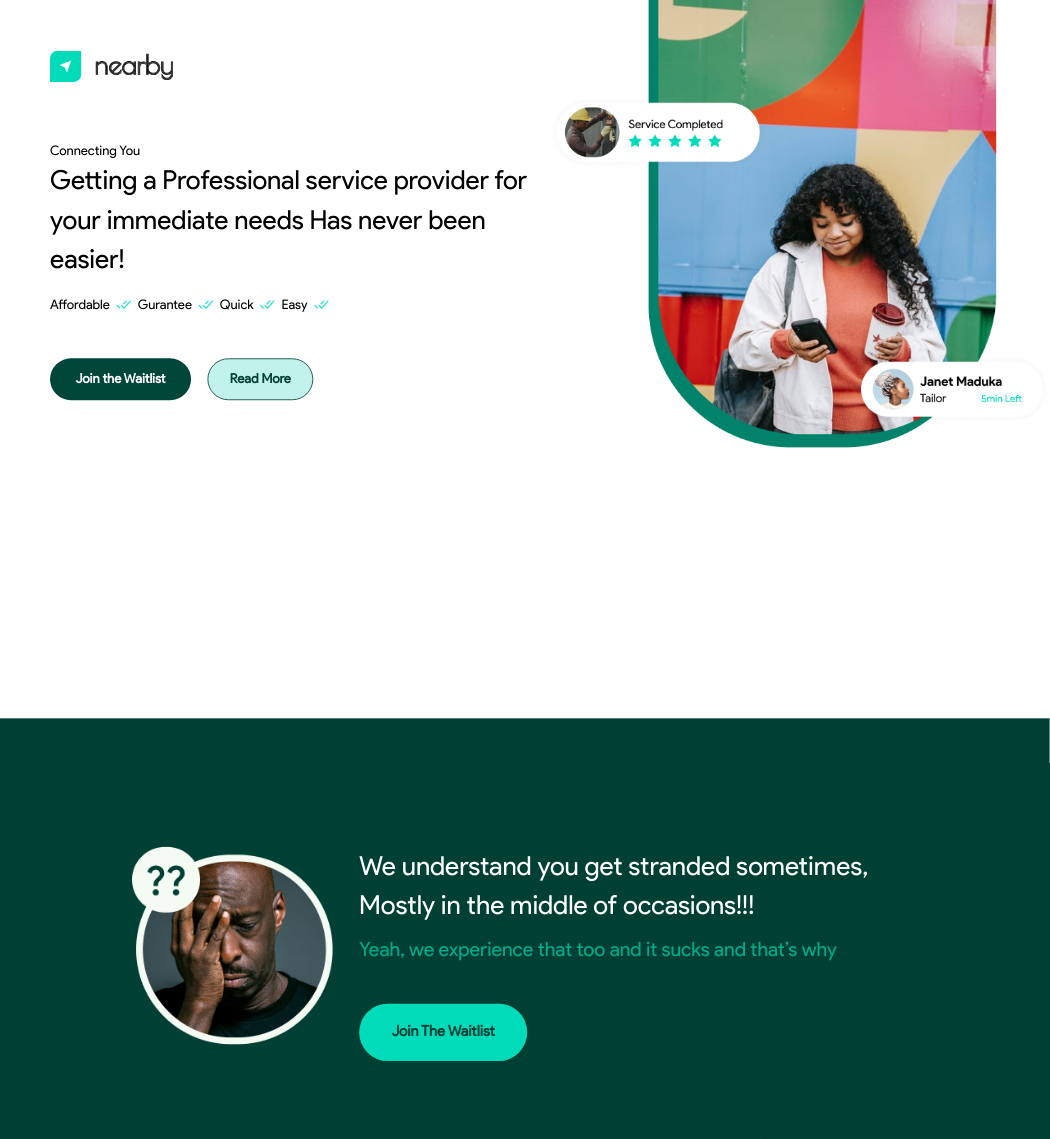
Repository: Eugene44-hub/Mearby
Page: /
An editor plug-in stored every save of this project. The page is shown before and after the next save, followed by the edit.
The browser window is 1280 px wide. The pictures show the whole page, at 82% of full size.
The project was rebuilt for these pictures with package versions that can differ from the ones it lists, and the page was loaded fresh each time.

Above is the page before, as saved 2022-04-30 07:31:38.

### src/App.tsx
import React from 'react';
import Hero from './components/hero/Hero';
import Nav from './components/nav/Nav';
import LandingPage from './pages/landing/LandingPage';

function App() {
  return (
   <>
<Nav/>
<LandingPage/>
</>

);
}

export default App;

### src/components/nav/Nav.tsx
import React from 'react';
import send from '../../assets/images/send.svg';
import nearby from '../../assets/images/nearby logo.svg';
import styles from "./Nav.module.css"
const Nav = () => {
	return (
		<nav className={`md:h-auto h-[96.57px] ${styles.nav} flex`}>
			<header className="m-auto block md:hidden">
				<div className="flex justify-center">
					<img
						src={send}
						className="bg-[#00DCBA] mr-[16.79px] p-3 rounded-tl-[8.91471px] rounded-br-[8.91471px]"
						alt="send"
					/>
					<img src={nearby} alt="send" />
				</div>
			</header>
		</nav>
	);
};

export default Nav;

### src/pages/landing/LandingPage.tsx
import React from 'react'
import Hero from '../../components/hero/Hero';
import Understand from '../../components/understand/Understand';
const LandingPage = () => {
  return (
    <>

    <Hero/>
    <Understand/>
    </>
  )
}

export default LandingPage

### src/components/nav/Nav.module.css
@media screen and (max-width:768px) {
    .nav{
/* display: none; */
/* bg-[#014034] */
background-color:#014034;
}
}

### src/components/hero/Hero.tsx
import React from 'react';
import styles from './Hero.module.css';
import checked from '../../assets/images/checked.png';
import heroImg from '../../assets/images/heroImg.png';
import send from '../../assets/images/send.svg';
import nearby from '../../assets/images/nearbyDark.svg';

const Hero = () => {
	const minorText: string[] = [ 'affordable', 'gurantee', 'quick', 'easy' ];
	return (
		<section className="container md:pl-[61px]">
			<div className={`${styles.container} md:flex justify-between`}>
				<div className={`${styles.heroContainer} mb-[3rem] flex flex-wrap md:w-[50%]`}>
					<div className="md:flex w-[20%] hidden mt-[62px] items-center">
						<img
							src={send}
							className="bg-[#00DCBA] w-[100%] mr-[16.79px] p-3 rounded-tl-[8.91471px] rounded-br-[8.91471px]"
							alt="send"
						/>
						<img src={nearby} alt="send" />
					</div>

					<div className="m-auto">
						<h2 className={` ${styles.connectHead} flex items-end md:h-[95.5px]`}>Connecting You</h2>
						<p className={`text-[2rem] ${styles.connectText}`}>
							Getting a Professional service provider for your immediate needs Has never been easier!
						</p>
					</div>

					<ul className={`${styles.connectList} mt-5 flex justify-between `}>
						{minorText.map((item, index) => (
							<li key={index} className="flex items-center capitalize mr-2">
								{item} <img src={checked} className="w-[18px] ml-2" alt="checked" />
							</li>
						))}
					</ul>

					<div className="w-[100%] md:pt-[53px] md:px-0 p-5">
						<button className="bg-[#004639] font-bold w-[172px] h-[51px] text-white mr-5 rounded-[50px]">
							Join the Waitlist
						</button>
						<button className="bg-[#C1F2EB] font-bold w-[129px] h-[51px] rounded-[50px] text-[#004034] border border-[#004034] capitalize">
							read more
						</button>
					</div>
				</div>
				<div className="md:w-[50%]">
					<img src={heroImg} className={styles.heroImg} alt="" />
				</div>
			</div>
		</section>
	);
};

export default Hero;
// wKcVoY0oBaK0dDUj5
// yX2Q8nskPsN4AjVkAPMBM

### src/components/understand/Understand.tsx
import React from 'react'
import understand from "../../assets/images/understand.png"
import WaitLight from "../../components/Buttons/WaitLight"
const Understand = () => {
  return (
    <div className='container bg-[#004034]'>
 <div className='md:px-0 px-5 pt-[9.75rem]  md:pl-[61px] md:pr-[27px] md:flex justify-center  relative mt-[20rem]'>

<img src={understand} className=" absolute block md:hidden translate-x-[-50%] left-[50%] top-[-20%]" alt="understand" />
<div className='md:block hidden mr-[2rem]'>
<img src={understand} className=" w-[100%]"alt="understand" />

</div>

<div className='md:w-[60%] md:mx-0 mx-auto '>
<div>
<p className='text-[2rem] text-white'>
We understand you get stranded sometimes, Mostly in the middle of occasions!!!
</p>
<p className='mt-3 text-[1.5rem] text-[#01AB8B] '>
Yeah, we experience that too and it sucks and that’s why  </p>
</div>

<div className='pt-[3rem] pb-[5.938rem]'>
<WaitLight/>
</div>

</div>



  </div>
    </div>

  )
}

export default Understand

### src/components/hero/Hero.module.css
.container{
height: 812px;
background-image: url(../../assets/images/mobileHero.png);
background-repeat: no-repeat;
background-position: center;
background-size: 133% 100%;
}


.heroImg{
    display: none;
    width: 100%;
}
.heroContainer{
    /* background-color: black; */
    color: white;

}
.connectHead,.connectText,.connectList{
    padding: 20px;

}
@media screen and (min-width:600px) {
    .container{
    background-image:none;
    height: auto;
}
.connectHead{
    background-color: none;
}
.heroImg{
    display: block;
}
.connectHead{
    background-color: none;
}
.heroContainer{
    /* background-color: black; */
    color: black ;
}

}

@media screen and (min-width:768px) {
    .connectHead,.connectText,.connectList{
        padding: 0px;
    }

}


@media screen and (max-width:600px){
.connectHead{
    background-color: #004034;
}

}
/* .minorTxt{
} */
/* linear-gradient(rgba(0, 64, 52, 1), rgba(0, 57, 64, 0)) */
/* linear-gradient(rgba(0, 64, 52, 1),rgba(0, 64, 52, 1)) */

### src/components/Buttons/WaitLight.tsx
import React from 'react'
import styles from "./Button.module.css"

const Wait = () => {
  return (
    <button className={`${styles.light} capitalize`}>Join the waitlist</button>

  )
}

export default Wait

### src/components/Buttons/Button.module.css
    .light {
        background-color: #00DCBA;
        color: #004034;
        width: 205px;
        font-size: 1.125rem;
    }

    .dark {
        background-color: #004639;
        color: #004034;
        font-size: "1rem";
        width: 192px;
    }

    .light,
    .dark {
        height: 70px;
        border-radius: 50px;
        font-weight: bold;
    }

Loaded but not shown: public/index.html (common file); src/index.tsx (common file); src/index.css (common file); tailwind.config.js (common file)

After the next save:
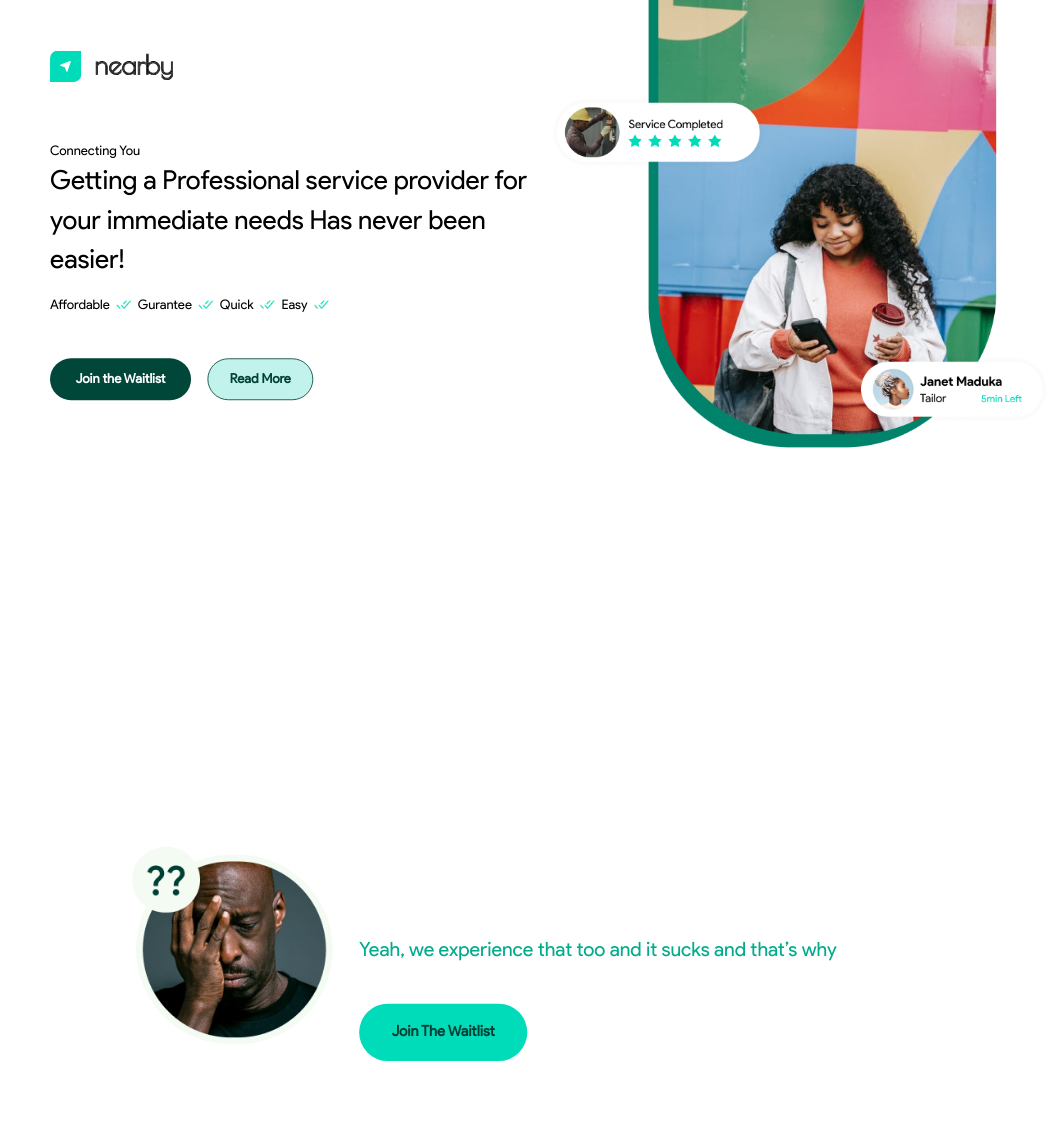
Saved 46 s later.
--- a/src/components/understand/Understand.tsx
+++ b/src/components/understand/Understand.tsx
@@ -3,7 +3,7 @@
 import WaitLight from "../../components/Buttons/WaitLight"
 const Understand = () => {
   return (
-    <div className='container bg-[#004034]'>
+    <div className='container '>
  <div className='md:px-0 px-5 pt-[9.75rem]  md:pl-[61px] md:pr-[27px] md:flex justify-center  relative mt-[20rem]'>
 
 <img src={understand} className=" absolute block md:hidden translate-x-[-50%] left-[50%] top-[-20%]" alt="understand" />

After the save that followed:
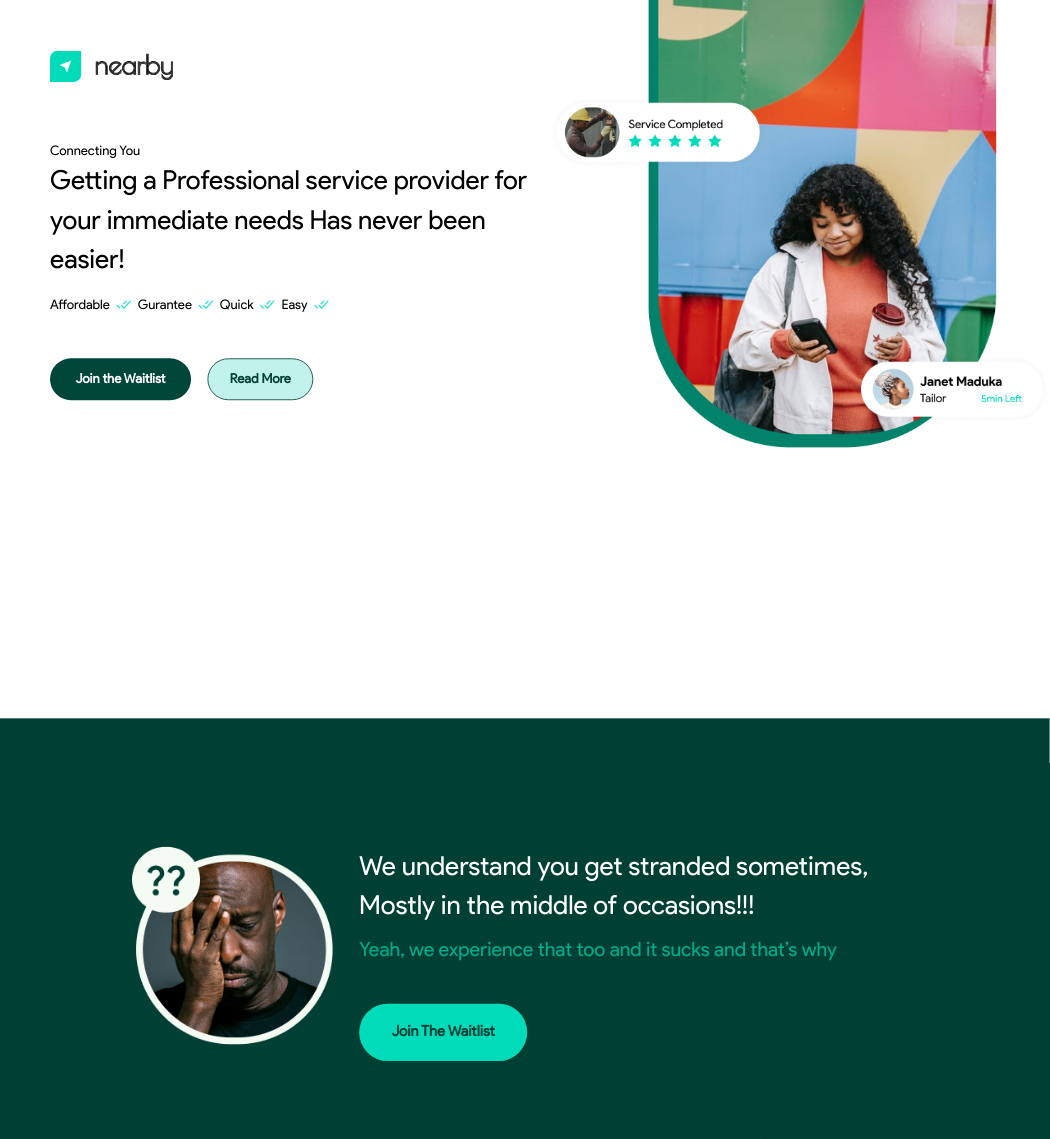
Saved 7 s later.
--- a/src/components/understand/Understand.tsx
+++ b/src/components/understand/Understand.tsx
@@ -4,7 +4,7 @@
 const Understand = () => {
   return (
     <div className='container '>
- <div className='md:px-0 px-5 pt-[9.75rem]  md:pl-[61px] md:pr-[27px] md:flex justify-center  relative mt-[20rem]'>
+ <div className='bg-[#004034] md:px-0 px-5 pt-[9.75rem]  md:pl-[61px] md:pr-[27px] md:flex justify-center  relative mt-[20rem]'>
 
 <img src={understand} className=" absolute block md:hidden translate-x-[-50%] left-[50%] top-[-20%]" alt="understand" />
 <div className='md:block hidden mr-[2rem]'>
